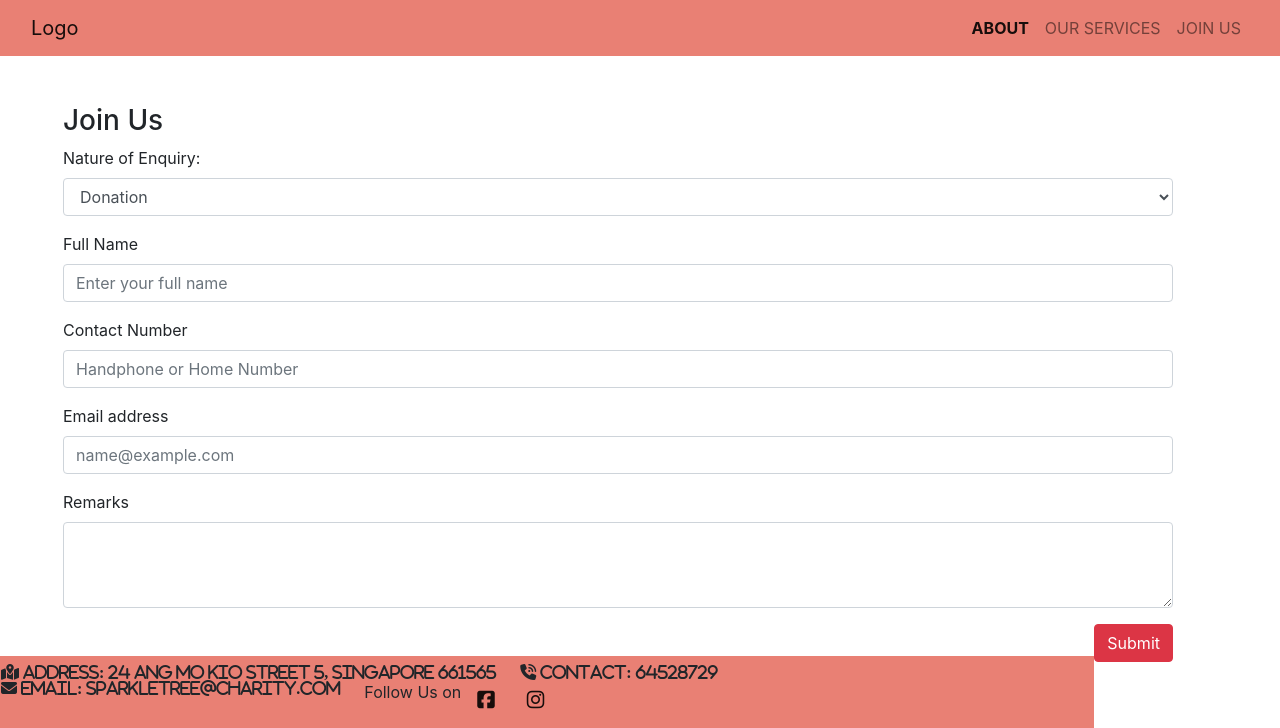
Repository: Code-Institute-Submissions/Jasonngyt-Project1
Page: enquiry.html
The author's editor kept a record of every edit. The page is drawn from the files as they stood at one moment, then again after the next edit.
The browser window is 1280 px wide. The pictures show the whole page.
Some web fonts or font styles are not loaded; a fallback is used. Some web libraries are served in a nearby version.

Above is the page before.

After the next edit:
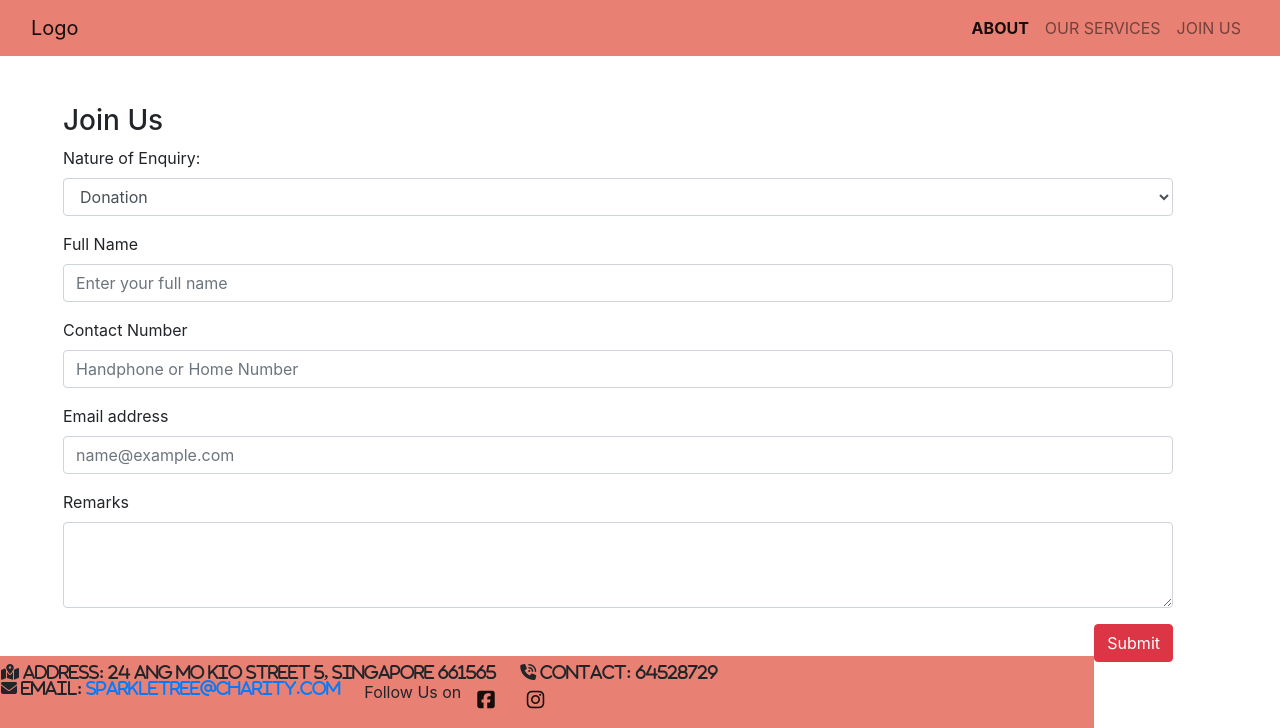
The edit:
--- a/enquiry.html
+++ b/enquiry.html
@@ -82,7 +82,7 @@
         <div class="row">
             <div class="fas fa-map-marked-alt pr-4"> Address: 24 Ang Mo Kio Street 5, Singapore 661565</div>
             <div class="fas fa-phone-volume pr-4"> Contact: 64528729</div>
-            <div class="fas fa-envelope pr-4"> Email: sparkletree@charity.com </div>
+            <div class="fas fa-envelope pr-4"> Email: <a href="maito: sparkletree@charity.com">sparkletree@charity.com </a></div>
             <p class="pr-3">Follow Us on </p>
             <a class="navbar-brand" href="#! pr-4"><i class="fab fa-facebook-square pr-3"></i></a>
             <a class="navbar-brand" href="#!"><i class="fab fa-instagram"></i></a>
